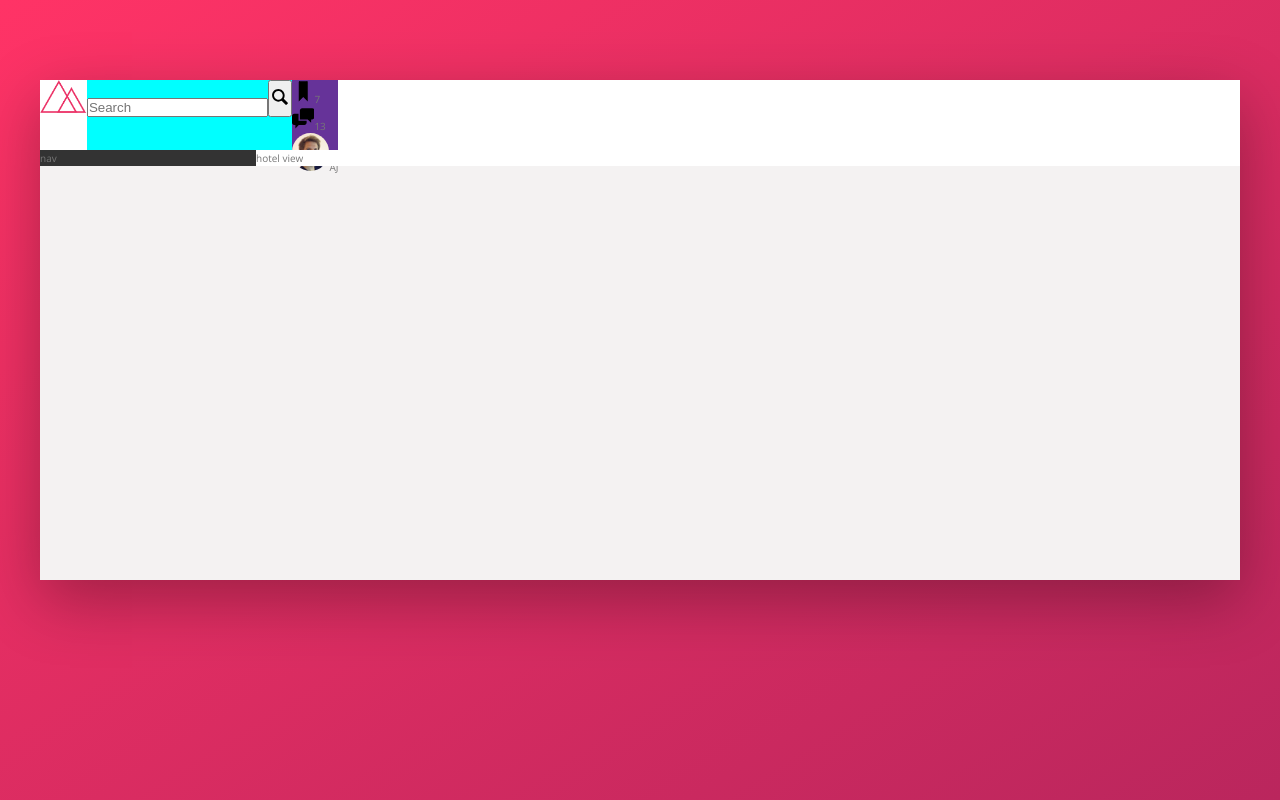
Repository: ajayaj2001/modern-Hotel
Page: /
The author's editor kept a copy of each file at every save. The page is drawn from the files as they stood at one save, then again after the next save.
The browser window is 1280 px wide. The pictures show the whole page.
The project was rebuilt for these pictures with package versions that can differ from the ones it lists, and the page was loaded fresh each time.

Above is the page before, as saved 2020-12-13 11:24:17.

After the next save:
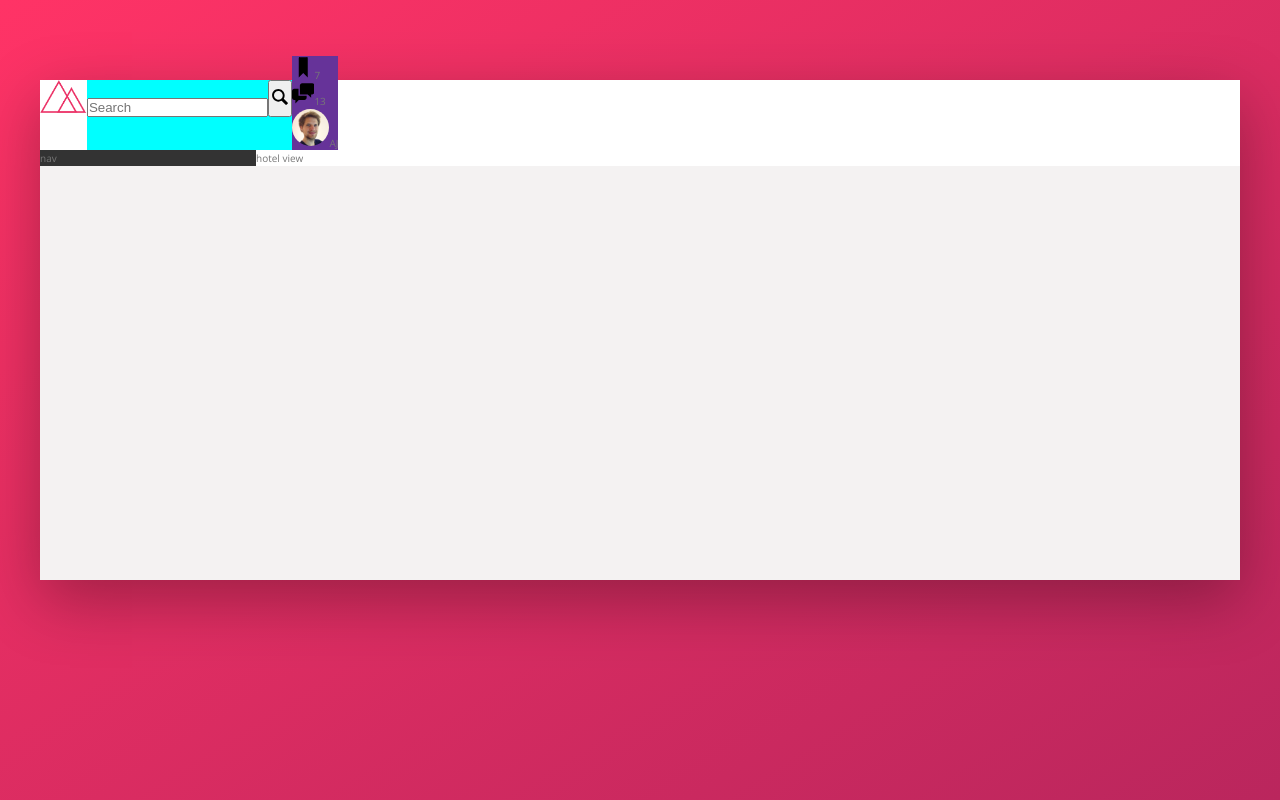
Saved 106 s later.
--- a/src/header/Header.scss
+++ b/src/header/Header.scss
@@ -21,6 +21,7 @@
 
 .user-nav {
     background-color: rebeccapurple;
+    align-self: end;
     &__icon-box {
     }
     &__icon {

After the 2 saves that followed:
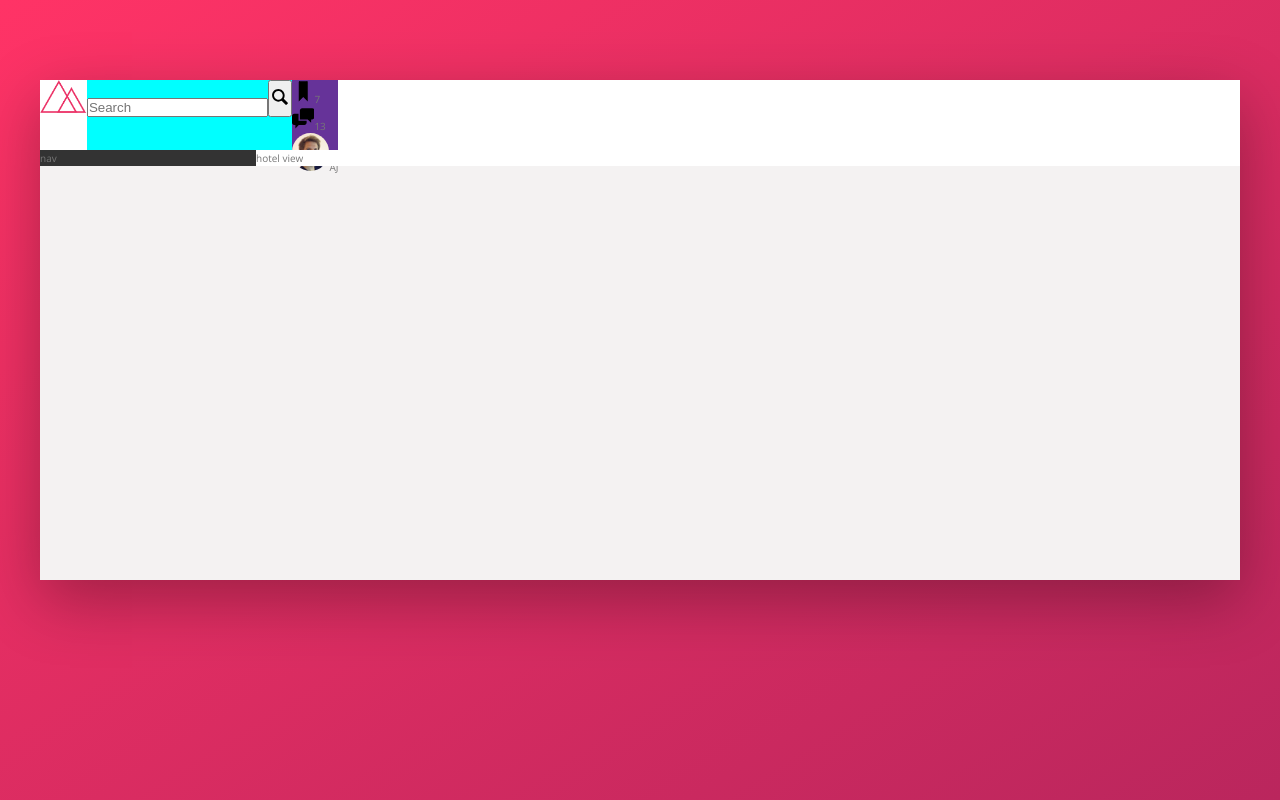
The 2 saves are shown as one change because 1 left the picture as it was.
The last was saved 2 min 46 s later.
--- a/src/header/Header.scss
+++ b/src/header/Header.scss
@@ -21,7 +21,6 @@
 
 .user-nav {
     background-color: rebeccapurple;
-    align-self: end;
     &__icon-box {
     }
     &__icon {
